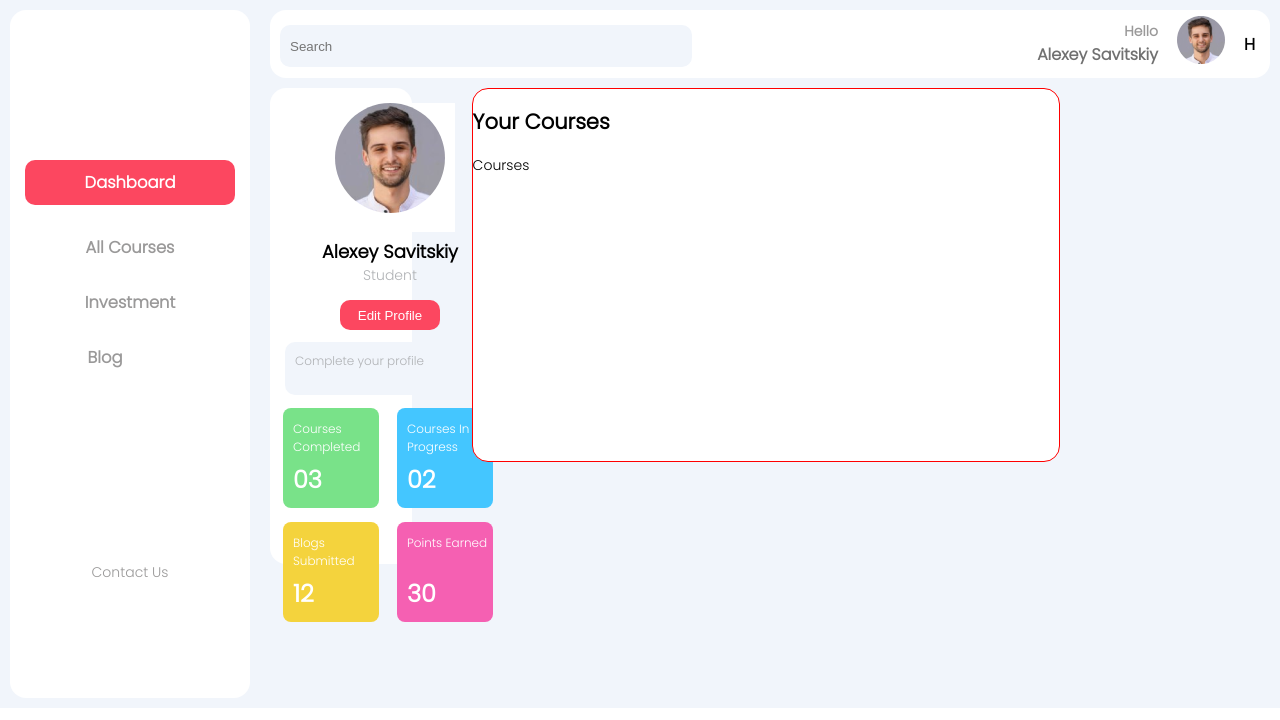
Repository: Anuruddha00/dashboard-design
Page: /
An editor plug-in stored every save of this project. The page is shown before and after the next save, followed by the edit.
The browser window is 1280 px wide. The pictures show the whole page.
The project was rebuilt for these pictures with package versions that can differ from the ones it lists, and the page was loaded fresh each time.

Above is the page before, as saved 2021-05-07 17:22:37.

### public/index.html
<!DOCTYPE html>
<html lang="en">
  <head>
    <meta charset="utf-8" />
    <link rel="icon" href="%PUBLIC_URL%/favicon.ico" />
    <meta name="viewport" content="width=device-width, initial-scale=1" />
    <meta name="theme-color" content="#000000" />
    <meta
      name="description"
      content="Web site created using create-react-app"
    />
    <link rel="apple-touch-icon" href="%PUBLIC_URL%/logo192.png" />

    <link rel="preconnect" href="https://fonts.gstatic.com">
    <link href="https://fonts.googleapis.com/css2?family=Poppins:wght@300&display=swap" rel="stylesheet">

    <!--
      manifest.json provides metadata used when your web app is installed on a
      user's mobile device or desktop. See https://developers.google.com/web/fundamentals/web-app-manifest/
    -->
    <link rel="manifest" href="%PUBLIC_URL%/manifest.json" />
    <!--
      Notice the use of %PUBLIC_URL% in the tags above.
      It will be replaced with the URL of the `public` folder during the build.
      Only files inside the `public` folder can be referenced from the HTML.

      Unlike "/favicon.ico" or "favicon.ico", "%PUBLIC_URL%/favicon.ico" will
      work correctly both with client-side routing and a non-root public URL.
      Learn how to configure a non-root public URL by running `npm run build`.
    -->
    <title>React App</title>
  </head>
  <body>
    <noscript>You need to enable JavaScript to run this app.</noscript>
    <div id="root"></div>
    <!--
      This HTML file is a template.
      If you open it directly in the browser, you will see an empty page.

      You can add webfonts, meta tags, or analytics to this file.
      The build step will place the bundled scripts into the <body> tag.

      To begin the development, run `npm start` or `yarn start`.
      To create a production bundle, use `npm run build` or `yarn build`.
    -->
  </body>
</html>

### src/index.js
import React from 'react';
import ReactDOM from 'react-dom';
import Dashboard from './containers/Dashboard/Dashboard';
import reportWebVitals from './reportWebVitals';

ReactDOM.render(
  <React.StrictMode>
    <Dashboard />
  </React.StrictMode>,
  document.getElementById('root')
);

// If you want to start measuring performance in your app, pass a function
// to log results (for example: reportWebVitals(console.log))
// or send to an analytics endpoint. Learn more: https://bit.ly/CRA-vitals
reportWebVitals();

### src/containers/Dashboard/Dashboard.js
import React from 'react';
import './Dashboard.scss';

const dashboard = () =>{

    return(
        <div className='container'>
            <div className='dashboard'>
                <div className='dashboardSideBar'>
                   <div className='dashboardSideBarTitle'>
                        <h3 className='dashboardSideBarTitleDashboard'>Dashboard</h3>
                        <h3 className='dashboardSideBarTitleCourses'>All Courses</h3>
                        <h3 className='dashboardSideBarTitleInvestment'>Investment</h3>
                        <h3 className='dashboardSideBarTitleBlog'>Blog</h3>
                   </div>
                   <div className='dashboardSideBarContact'>
                        <p>Contact Us</p>
                   </div>
                </div>
                <div className='dashboardMenu'>
                    <section className='content'>
                        <nav className='contentNavbar'>
                            <div className='contentNavbarSearch'>
                                <form>
                                    <input type='text' placeholder='Search'/>
                                </form>
                            </div>
                            <div className='contentNavbarProfile'>
                                <div className='contentNavbarProfileName'>
                                    <h3>Hello</h3>
                                    <h2>Alexey Savitskiy</h2>
                                </div>
                                <img src='./assets/Image 9.png'/>
                                <h1>H</h1>
                            </div>
                        </nav>

                        <div className='contentBody'>
                            <section className='details'>
                                <div className='detailsAbout'>
                                    <div className='detailsAboutProfile'>
                                        <img src='./assets/Image 12.png'/>
                                        <h3>Alexey Savitskiy</h3>
                                        <p>Student</p>
                                        <button>Edit Profile</button>
                                    </div>
                                    <div className='detailsAboutComplete'>
                                        <p>Complete your profile</p>
                                    </div>
                                    <div className='detailsAboutProgress'>
                                        <div className='detailsAboutProgressCompleted'>
                                            <p>Courses Completed</p>
                                            <h1>03</h1>
                                        </div>
                                        <div className='detailsAboutProgressContinue'>
                                            <p>Courses In Progress</p>
                                            <h1>02</h1>
                                        </div>
                                        <div className='detailsAboutProgressBlogs'>
                                            <p>Blogs Submitted</p>
                                            <h1>12</h1>
                                        </div>
                                        <div className='detailsAboutProgressPoints'>
                                            <p>Points Earned</p>
                                            <h1>30</h1>
                                        </div>
                                    </div>
                                </div>
                            </section>

                            <section className='view'>
                                <section className='courses'>
                                    <nav className='coursesNavbar'>
                                        <h2>Your Courses</h2>
                                        <p className=''>Courses</p>
                                    </nav>
                                </section>
                                <section className='blog'>

                                </section>
                            </section>
                        </div>
                   </section>
                </div>
            </div>
        </div>
    )

}
export default dashboard;

### src/containers/Dashboard/Dashboard.scss

body{
    margin: 0;
    padding: 0;
    font-size: 0.875rem;
    font-family: 'Poppins', sans-serif;

}

.container{
    background: #f1f5fb;
    height: 100%;

    .dashboard{
        display: grid;
        grid-template-columns: 1fr 4fr;
        grid-auto-rows: minmax(100px, auto);

        &SideBar{
            grid-column: 1;
            grid-row: 1 / 6;
            border-radius: 16px;
            background: #ffffff;
            margin: 10px;
            height: 688px;
            width: 240px;

            &Title{
                margin-top: 150px;
                font-size: 14px;

                &Dashboard{
                    background:#fc4760;
                    border-radius: 10px;
                    text-align: center;
                    padding: 10px 10px 10px 10px;
                    margin: 10px 15px 10px 15px;
                    color: #ffffff;

                }
                &Courses{
                    text-align: center;
                    margin-top: 30px;
                    color: #9a9999;
                }
                &Investment{
                    text-align: center;
                    margin-top: 30px;
                    color: #9a9999;
                }
                &Blog{
                    text-align: center;
                    margin-top: 30px;
                    margin-right: 50px;
                    color: #9a9999;
                }
            }
            &Contact{
                margin-top: 80%;

                p{
                    text-align: center;
                    color: #9a9999;
                    font-size: 14px;
                }

            }
        }
        &Menu{
            grid-column: 2;
            grid-row: 1 / 6;
            margin: 10px;

            .content{
                display: grid;
                grid-template-rows:1fr 7fr ;
                gap:10px;

                &Navbar{
                    display: grid;
                    grid-template-columns: 1fr 1fr;

                    background: #ffffff;
                    border-radius: 16px;
                    height: 68px;

                    &Search{

                        input{
                            background: #f1f5fb;
                            border-style: none;
                            padding-left: 10px;
                            width: 400px;
                            height: 40px;
                            margin: 15px 0 0 10px;
                            border-radius: 10px;

                        }
                    }
                    &Profile{
                        display: flex;
                        flex-direction: row;
                        justify-content: flex-end;
                        gap: 1em;
                        margin-right: 15px;
                        align-items: center;
                        height: 68px;

                        &Name{
                            text-align: end;
                            margin-top: 0;

                            h3{
                                color: #9a9999;
                                margin: 0;
                                font-size: 14px;
                            }
                            h2{
                                margin: 0;
                                font-size: 16px;
                                color: #707070;
                            }
                        }
                    }
                }
                &Body{
                    display: grid;
                    grid-template-columns: 2fr 5fr 3fr;
                    position: relative;

                    .details{
                        border-radius: 16px;
                        background: #ffffff;


                        &About{
                            height:555px;
                            width: 240px;
                            position: absolute;

                            &Profile{
                                text-align: center;
                                margin-top: 15px;


                                h3{
                                    font-size: 18px;
                                    margin: 0;
                                }
                                p{
                                    color: #b0b2b5;
                                    margin-top: 0;
                                }
                                button{
                                    border-style: none;
                                    border-radius: 10px;
                                    width: 100px;
                                    height: 30px;
                                    color: #ffffff;
                                    background: #fc4760;

                                }
                            }
                            &Complete{
                                background: #f1f5fb;
                                border-radius: 10px;
                                color: #b0b2b5;
                                height: 53px;
                                width: 208px;
                                font-size: 12px;
                                margin-left: 15px;

                                p{
                                    padding-left: 10px;
                                    padding-top: 10px;
                                }
                            }
                            &Progress{
                                display: grid;
                                grid-template-columns: 1fr 1fr;
                                margin: 13px;
                                gap: 1em;
                                color: #ffffff;

                                p{
                                    font-size: 12px;
                                    padding-left: 10px;
                                }


                                &Completed{
                                    background: #79e289;
                                    border-radius: 8px;
                                    width: 96px;
                                    height: 100px;
                                    position: relative;

                                    h1{
                                        font-size: 24px;
                                        position: absolute;
                                        left: 10px;
                                        top: 30px;
                                    }

                                }
                                &Continue{
                                    background:  #44c6ff;
                                    border-radius: 8px;
                                    width: 96px;
                                    height: 100px;
                                    position: relative;

                                    h1{
                                        font-size: 24px;
                                        position: absolute;
                                        left: 10px;
                                        top: 30px;
                                    }

                                }
                                &Blogs{
                                    background:  #f4d33d;
                                    border-radius: 8px;
                                    width: 96px;
                                    height: 100px;
                                    position: relative;

                                    h1{
                                        font-size: 24px;
                                        position: absolute;
                                        left: 10px;
                                        top: 30px;
                                    }
                                }
                                &Points{
                                    background: #f560b2;
                                    border-radius: 8px;
                                    width: 96px;
                                    height: 100px;
                                    position: relative;

                                    h1{
                                        font-size: 24px;
                                        position: absolute;
                                        left: 10px;
                                        top: 30px;
                                    }

                                }

                            }
                        }
                    }
                    .view{

                        margin-left: 10px;

                        .courses{
                            border: 1px solid red;
                            width: 586px;
                            height: 372px;
                            border-radius: 16px;
                            background: #ffffff;
                            position: absolute;
                            margin-left: 50px;
                        }

                        .blog{
                            width: 586px;
                            height: 200px;
                            border-radius: 16px;
                            background: #ffffff;
                            margin-top: 10px;
                            margin-left: 50px;
                        }
                    }
                }
            }
        }
    }
}

Loaded but not shown: src/reportWebVitals.js (common file)

After the next save:
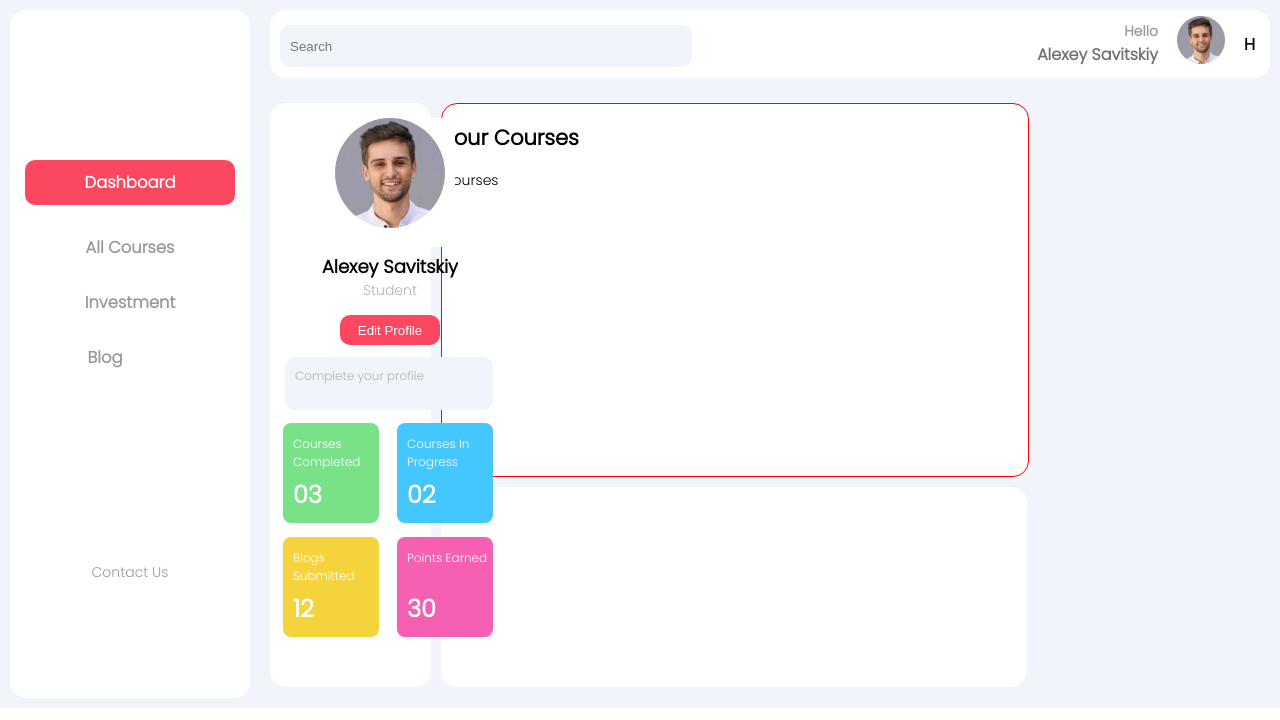
Saved 13 s later.
--- a/src/containers/Dashboard/Dashboard.scss
+++ b/src/containers/Dashboard/Dashboard.scss
@@ -261,8 +261,7 @@ body{
                             height: 372px;
                             border-radius: 16px;
                             background: #ffffff;
-                            position: absolute;
-                            margin-left: 50px;
+
                         }
 
                         .blog{
@@ -271,7 +270,6 @@ body{
                             border-radius: 16px;
                             background: #ffffff;
                             margin-top: 10px;
-                            margin-left: 50px;
                         }
                     }
                 }
